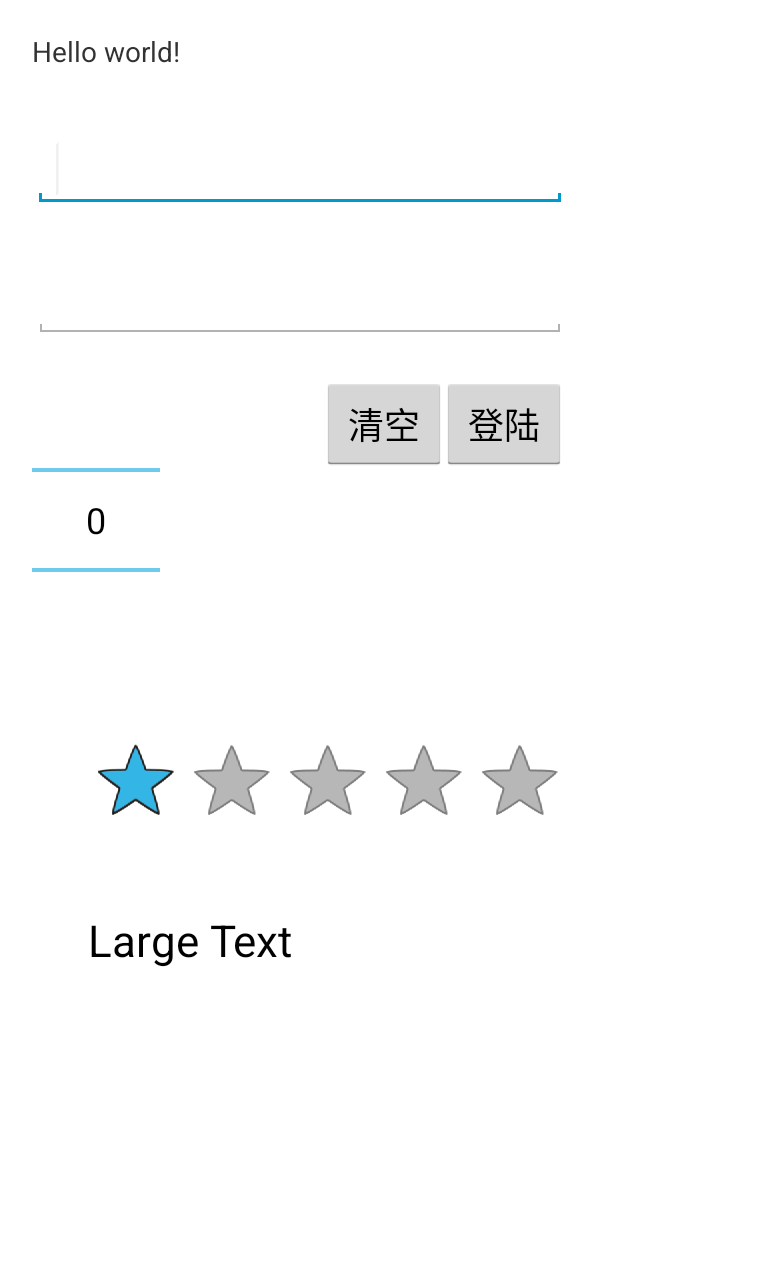
Repository: moetmd/learning-Android
Layout: MyApp/res/layout/activity_main.xml
These files come from the project's save history. The layout is drawn as it stood at one moment and after the next save; the edit follows.
It is drawn on a 768 x 1280 px phone screen (xhdpi) without system bars, with theme AppTheme; the app's code is not run. The app's manifest (not shown) leaves right-to-left support off. So textAlignment, textDirection and layoutDirection are ignored, and left and right values win over start and end ones.

Above is the layout before, as saved 2014-11-18 00:57:32.

### MyApp/res/layout/activity_main.xml
<RelativeLayout xmlns:android="http://schemas.android.com/apk/res/android"
    xmlns:tools="http://schemas.android.com/tools"
    android:layout_width="match_parent"
    android:layout_height="match_parent"
    android:paddingBottom="@dimen/activity_vertical_margin"
    android:paddingLeft="@dimen/activity_horizontal_margin"
    android:paddingRight="@dimen/activity_horizontal_margin"
    android:paddingTop="@dimen/activity_vertical_margin"
    tools:context="org.niit.myapp.MainActivity$PlaceholderFragment" >

    <TextView
        android:id="@+id/textView1"
        android:layout_width="wrap_content"
        android:layout_height="wrap_content"
        android:text="@string/hello_world"
        android:textAlignment="center"
         />

    <LinearLayout
        android:id="@+id/linearLayout1"
        android:layout_width="wrap_content"
        android:layout_height="wrap_content"
        android:layout_alignLeft="@+id/textView1"
        android:layout_below="@+id/textView1"
        android:orientation="vertical" >

     <EditText
        android:id="@+id/editText1"
        android:layout_width="268dp"
        android:layout_height="wrap_content"

        android:layout_marginTop="30dp"
        android:ems="10" />

     <EditText
        android:id="@+id/editText2"
        android:layout_width="match_parent"
        android:layout_height="wrap_content"
        android:layout_marginTop="26dp"
        android:ems="10"
        android:inputType="textPassword" />

        <requestFocus />

    </LinearLayout>

    <Button
        android:id="@+id/button1"
        android:layout_width="wrap_content"
        android:layout_height="wrap_content"
        android:layout_below="@+id/linearLayout1"
        android:layout_centerHorizontal="true"
        android:layout_marginTop="18dp"
        android:text="@string/reset" />

    <Button
        android:id="@+id/button2"
        android:layout_width="wrap_content"
        android:layout_height="wrap_content"
        android:layout_alignBaseline="@+id/button1"
        android:layout_alignBottom="@+id/button1"
        android:layout_alignRight="@+id/linearLayout1"
        android:text="@string/login" />

    <NumberPicker
        android:id="@+id/numberPicker1"
        android:layout_width="wrap_content"
        android:layout_height="wrap_content"
        android:layout_alignLeft="@+id/linearLayout1"
        android:layout_below="@+id/linearLayout1" />

    <RatingBar
        android:id="@+id/ratingBar1"
        android:layout_width="wrap_content"
        android:layout_height="wrap_content"
        android:layout_alignRight="@+id/button2"
        android:layout_below="@+id/numberPicker1"
        android:layout_marginTop="16dp"
        android:max="5"
        android:numStars="5"
        android:rating="1"
        android:stepSize="1" />

    <TextView
        android:id="@+id/textView2"
        android:layout_width="wrap_content"
        android:layout_height="wrap_content"
        android:layout_alignLeft="@+id/ratingBar1"
        android:layout_below="@+id/ratingBar1"
        android:layout_marginTop="32dp"
        android:text="Large Text"
        android:textAppearance="?android:attr/textAppearanceLarge" />

</RelativeLayout>

### MyApp/res/values/strings.xml
<?xml version="1.0" encoding="utf-8"?>
<resources>

    <string name="app_name">Eclipse</string>
    <string name="hello_world">Hello world!</string>
    <string name="action_settings">Settings</string>
    <string name="new_project">new project</string>
    <string name="login">登陆</string>
	<string name="reset">清空</string>
</resources>

Loaded but not shown: MyApp/res/values/styles.xml (common file); MyApp/res/values-v11/styles.xml (common file); MyApp/res/values-v14/styles.xml (common file); MyApp/res/values/dimens.xml (common file); MyApp/res/values-w820dp/dimens.xml (common file)

After the next save:
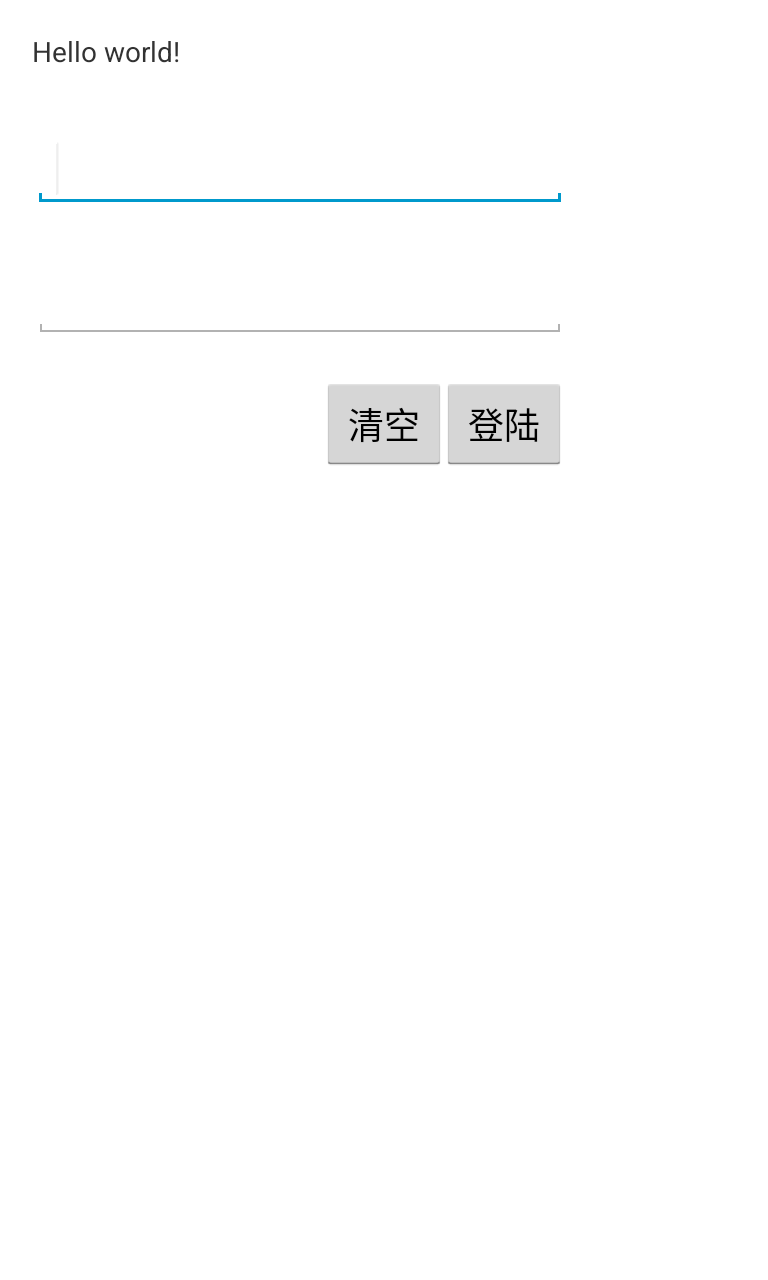
Saved 15 s later.
--- a/MyApp/res/layout/activity_main.xml
+++ b/MyApp/res/layout/activity_main.xml
@@ -62,33 +62,4 @@
         android:layout_alignRight="@+id/linearLayout1"
         android:text="@string/login" />
 
-    <NumberPicker
-        android:id="@+id/numberPicker1"
-        android:layout_width="wrap_content"
-        android:layout_height="wrap_content"
-        android:layout_alignLeft="@+id/linearLayout1"
-        android:layout_below="@+id/linearLayout1" />
-
-    <RatingBar
-        android:id="@+id/ratingBar1"
-        android:layout_width="wrap_content"
-        android:layout_height="wrap_content"
-        android:layout_alignRight="@+id/button2"
-        android:layout_below="@+id/numberPicker1"
-        android:layout_marginTop="16dp"
-        android:max="5"
-        android:numStars="5"
-        android:rating="1"
-        android:stepSize="1" />
-
-    <TextView
-        android:id="@+id/textView2"
-        android:layout_width="wrap_content"
-        android:layout_height="wrap_content"
-        android:layout_alignLeft="@+id/ratingBar1"
-        android:layout_below="@+id/ratingBar1"
-        android:layout_marginTop="32dp"
-        android:text="Large Text"
-        android:textAppearance="?android:attr/textAppearanceLarge" />
-
 </RelativeLayout>
